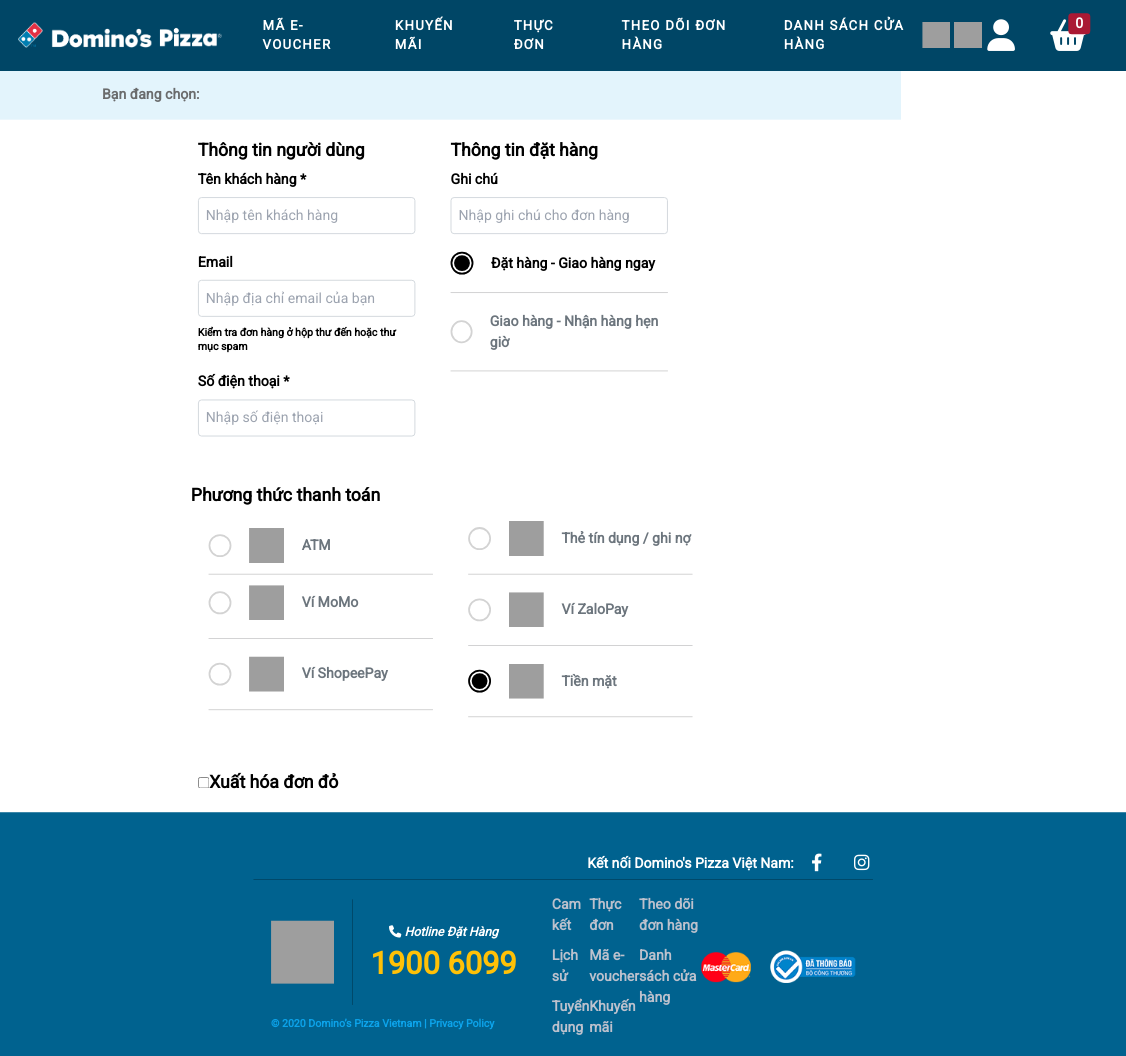
Repository: iphoneboy46/pizza-domino
Page: /thanhtoan
These files come from the project's save history. The page is drawn as it stood at one moment and after the next save; the edit follows.
The browser window is 1280 px wide. The pictures show the whole page, at 88% of full size.
Pictures or frames that could not be fetched are drawn as grey boxes. The page's requests for data from a server got no answer. Some web libraries are served in a nearby version. The project was rebuilt for these pictures with package versions that can differ from the ones it lists, and the page was loaded fresh each time. No one was signed in, and anything a server would have sent is missing. Also part of the build but not shown: src/components/Slides/Slides.css, src/components/Slides/Slides.js, src/components/SearchAddress/SearchAddress.css, src/components/SearchAddress/SearchAddress.js, src/components/page/Order/Order.js, src/components/page/Home/Home.css, src/components/page/Login/Login.css, src/components/page/InputField/InputField.js and 35 more.

Above is the page before, as saved 2023-03-01 13:38:54.

### public/index.html
<!DOCTYPE html>
<html lang="en">
  <head>
    <meta charset="utf-8" />
    <link rel="icon" href="%PUBLIC_URL%/favicon.ico" />
    <meta name="viewport" content="width=device-width, initial-scale=1" />
    <meta name="theme-color" content="#000000" />
    <meta
      name="description"
      content="Web site created using create-react-app"
    />
    <link rel="apple-touch-icon" href="%PUBLIC_URL%/logo192.png" />
    <link rel="stylesheet" href="https://cdnjs.cloudflare.com/ajax/libs/font-awesome/6.1.2/css/all.min.css" integrity="sha512-1sCRPdkRXhBV2PBLUdRb4tMg1w2YPf37qatUFeS7zlBy7jJI8Lf4VHwWfZZfpXtYSLy85pkm9GaYVYMfw5BC1A==" crossorigin="anonymous" referrerpolicy="no-referrer" />
    <!--
      manifest.json provides metadata used when your web app is installed on a
      user's mobile device or desktop. See https://developers.google.com/web/fundamentals/web-app-manifest/
    -->
    <link rel="manifest" href="%PUBLIC_URL%/manifest.json" />
    <!--
      Notice the use of %PUBLIC_URL% in the tags above.
      It will be replaced with the URL of the `public` folder during the build.
      Only files inside the `public` folder can be referenced from the HTML.

      Unlike "/favicon.ico" or "favicon.ico", "%PUBLIC_URL%/favicon.ico" will
      work correctly both with client-side routing and a non-root public URL.
      Learn how to configure a non-root public URL by running `npm run build`.
    -->
    <title>Pizza-Domino</title>
  </head>
  <body>
    <noscript>You need to enable JavaScript to run this app.</noscript>
    <div id="root"></div>
    <!--
      This HTML file is a template.
      If you open it directly in the browser, you will see an empty page.

      You can add webfonts, meta tags, or analytics to this file.
      The build step will place the bundled scripts into the <body> tag.

      To begin the development, run `npm start` or `yarn start`.
      To create a production bundle, use `npm run build` or `yarn build`.
    -->
  </body>
</html>

### src/index.js
import React from 'react';
import ReactDOM from 'react-dom/client';
import './index.css';
import App from './App';
import reportWebVitals from './reportWebVitals';
import Provider from '../src/components/Store/Provider';


const root = ReactDOM.createRoot(document.getElementById('root'));
root.render(
  <React.StrictMode>
    <Provider>
      <App />
    </Provider>
  </React.StrictMode>
);

// If you want to start measuring performance in your app, pass a function
// to log results (for example: reportWebVitals(console.log))
// or send to an analytics endpoint. Learn more: https://bit.ly/CRA-vitals
reportWebVitals();

### src/App.css
@import url('https://fonts.googleapis.com/css2?family=Roboto:wght@300;400&display=swap');

* {
  padding: 0;
  margin: 0;
  box-sizing: border-box;
  font-family: 'Roboto', sans-serif;

}

ul {
  list-style: none;
}

a {
  text-decoration: none;
}

/* width */
::-webkit-scrollbar {
  width: 8px;
  z-index: 1;
}

/* Track */
::-webkit-scrollbar-track {
  background: transparent;
  z-index: 1;
}

/* Handle */
::-webkit-scrollbar-thumb {

  background: #bcc1cb;
  border-radius: 4px;
  z-index: 1;
}



/* Handle on hover */
::-webkit-scrollbar-thumb:hover {
  background: #555;
  z-index: 1;
}

.modal {
  position: fixed;
  top: 0;
  left: 0;
  right: 0;
  bottom: 0;
  z-index: 999;
  width: 100%;
  height: 100vh;
  background-color: rgba(31, 31, 31, 0.595);
}

@media only screen and (max-width: 768px) {
  ::-webkit-scrollbar{
    width: 8px;
    height: 4px;
    z-index: 1;
  }

  ::-webkit-scrollbar-thumb {
    background: #bcc1cb;
    border-radius: 4px;
    z-index: 1;
  }

}

### src/routes/Routes.js
import Home from '../components/page/Home/Home';
import EVoucher from '../components/page/EVoucher/EVoucher';
import Khuyenmai from '../components/page/Khuyenmai/Khuyenmai';
import Thucdon from '../components/page/Thucdon/Thucdon';
import Donhang from '../components/page/Donhang/Donhang';
import Location from '../components/page/Location/Location';
import Pizza from '../components/page/Pizza/Pizza';
import Giohang from '../components/page/giohang/Giohang';
import Cuahang from '../components/page/Cuahang/Cuahang';
import Delivery from '../components/page/Delivery/Delivery';
import TakeAWay from '../components/page/TakeAWay/TakeAWay';
import ThanhToan from '../components/page/ThanhToan/ThanhToan';

const publicRoutes = [
    {path:'/', component:Home},
    {path:'/EVoucher', component:EVoucher},
    {path:'/Khuyenmai', component:Khuyenmai},
    {path:'/Thucdon', component:Thucdon},
    {path:'/Donhang', component:Donhang},
    {path:'/Cuahang', component:Cuahang},
    {path:'/Location', component:Location},
    {path:'/cart', component:Giohang},
    {path:'/delivery',component:Delivery},
    {path:'/away',component:TakeAWay},
    {path:'/thanhtoan',component:ThanhToan},
]


const privateRoute = []

export {publicRoutes}

### src/components/Store/Context.js
import {createContext} from 'react';

const Store = createContext();

export default Store;

### src/components/page/ThanhToan/ThanhToan.js
import React, { useContext, useState } from "react";
import Context from "../../Store/Context";
import { FastField, Formik } from "formik";
import * as Yup from "yup";
import InputField2 from "../InputField/InputField2";
import "./ThanhToan.css";
import Select from "react-select";
import { options } from "./Options";

function ThanhToan() {
  const { orderAddress } = useContext(Context);
  const [checked, setChecked] = useState(1);
  const [checkedPay, setCheckedPay] = useState(6);
  const [isChecked, setIsChecked] = useState(false);

  const initialValues = {
    email: "",
    password: "",
  };

  const validationSchema = Yup.object().shape({
    name: Yup.string().required("Vui lòng nhập tên khách hàng!"),
    phone: Yup.number().required("Vui lòng nhập số điện thoại!"),
  });

  const handleChecked = (id) => {
    setChecked(id);
    if (id === 2) {
      setIsChecked(true);
    } else {
      setIsChecked(false);
    }
  };

  const handleCheckedPay = (id) => {
    setCheckedPay(id);
  };

  return (
    <Formik initialValues={initialValues} validationSchema={validationSchema}>
      <div className="flex justify-between h-[auto] w-[100%]">
        <div className="pt-[80px] w-[80%] overflow-hidden">
          <div className="bg-[#e3f4fc] lg:flex md:flex hidden justify-between items-center">
            <div className="flex items-center  p-4 lg:ml-[100px] md:ml-100px text-[#6a6b6c] font-semibold">
              <h1 className="mr-5">Bạn đang chọn:</h1>
              <h1 className="mr-5 text-[#de1736]">
                {orderAddress.takeAway || orderAddress.deliver}
              </h1>
              <h1>{orderAddress.address}</h1>
            </div>
          </div>
          <div className="w-[60%] m-[auto] flex justify-between items-start p-5">
            <div className="flex-1 mr-10">
              <h1 className="font-bold text-xl mb-2">Thông tin người dùng</h1>
              <label className="font-bold block mb-2" htmlFor="name">
                Tên khách hàng *
              </label>
              <FastField
                name="name"
                component={InputField2}
                placeholder="Nhập tên khách hàng"
                type="text"
              />

              <label className="font-bold block mb-2" htmlFor="email">
                Email
              </label>
              <FastField
                name="email"
                component={InputField2}
                //prop truyen vao input field

                type="email"
                placeholder="Nhập địa chỉ email của bạn"
              />
              <span className="mt-[-10px] block text-xs font-bold mb-5">
                Kiểm tra đơn hàng ở hộp thư đến hoặc thư mục spam
              </span>

              <label className="font-bold block mb-2" htmlFor="email">
                Số điện thoại *
              </label>

              <FastField
                name="phone"
                component={InputField2}
                placeholder="Nhập số điện thoại"
              />
            </div>
            <div className="flex-1 mr-10">
              <h1 className="font-bold text-xl mb-2">Thông tin đặt hàng</h1>
              <label className="font-bold block mb-2" htmlFor="name">
                Ghi chú
              </label>
              <FastField
                name="ghichu"
                component={InputField2}
                placeholder="Nhập ghi chú cho đơn hàng"
                type="text"
              />
              <div>
                <div className="dat-thanh-toan flex items-center mb-5 border-b-[1px] border-[#CDCDCE] pb-5">
                  <input
                    className="input-thanh-toan"
                    id="dathang"
                    type="radio"
                    value="Đặt hàng - Giao hàng ngay"
                    checked={checked === 1}
                    onChange={() => {
                      handleChecked(1);
                    }}
                  />

                  <label for="dathang"></label>
                  <p
                    className={
                      checked === 1
                        ? "ml-5 text-[black] font-bold"
                        : "text-[#6c757d] ml-5 font-bold"
                    }
                  >
                    Đặt hàng - Giao hàng ngay
                  </p>
                </div>
                <div className="dat-thanh-toan flex items-center w-[100%] my-5 border-b-[1px] border-[#CDCDCE] pb-5">
                  <input
                    className="input-thanh-toan"
                    id="giaohang"
                    type="radio"
                    value="Giao hàng - Nhận hàng hẹn giờ"
                    checked={checked === 2}
                    onChange={() => {
                      handleChecked(2);
                    }}
                  />

                  <label for="giaohang"></label>
                  <p
                    className={
                      checked === 2
                        ? "ml-5 text-[black] font-bold"
                        : "text-[#6c757d] ml-5 font-bold"
                    }
                  >
                    Giao hàng - Nhận hàng hẹn giờ
                  </p>
                </div>
                {isChecked && (
                  <div className="w-[100%]">
                    <Select
                      placeholder="Chọn giờ nhận hàng"
                      options={options}
                    />
                  </div>
                )}
              </div>
            </div>
          </div>
          <div className="w-[60%] m-[auto] p-3">
            <h1 className="font-bold text-xl mb-2">Phương thức thanh toán</h1>
            <div className="w-[100%] flex justify-between items-center px-5 py-2">
              <div className="w-[100%] mr-5">
                <div className="dat-thanh-toan flex items-center w-[100%] mb-3 border-b-[1px] border-[#CDCDCE] pb-3">
                  <input
                    className="input-thanh-toan"
                    id="atm"
                    type="radio"
                    value="Đặt hàng - Giao hàng ngay"
                    checked={checkedPay === 1}
                    onChange={() => {
                      handleCheckedPay(1);
                    }}
                  />

                  <label for="atm"></label>
                  <p
                    className={
                      checkedPay === 1
                        ? "ml-5 text-[black] font-bold flex items-center"
                        : "text-[#6c757d] ml-5 font-bold flex items-center"
                    }
                  >
                    <img
                      className="w-[40px] h-[40px] mr-5"
                      src="https://img.dominos.vn/icon-payment-method-atm.png"
                      alt=""
                    />{" "}
                    ATM
                  </p>
                </div>
                <div className="dat-thanh-toan flex items-center w-[100%] mb-5 border-b-[1px] border-[#CDCDCE] pb-5">
                  <input
                    className="input-thanh-toan"
                    id="momo"
                    type="radio"
                    value="Đặt hàng - Giao hàng ngay"
                    checked={checkedPay === 2}
                    onChange={() => {
                      handleCheckedPay(2);
                    }}
                  />

                  <label for="momo"></label>
                  <p
                    className={
                      checkedPay === 2
                        ? "ml-5 text-[black] font-bold flex items-center"
                        : "text-[#6c757d] ml-5 font-bold flex items-center"
                    }
                  >
                    <img
                      className="w-[40px] h-[40px] mr-5"
                      src="https://img.dominos.vn/icon-payment-method-mo-mo.png"
                      alt=""
                    />{" "}
                    Ví MoMo
                  </p>
                </div>
                <div className="dat-thanh-toan flex items-center w-[100%] mb-5 border-b-[1px] border-[#CDCDCE] pb-5">
                  <input
                    className="input-thanh-toan"
                    id="shopee"
                    type="radio"
                    value="Đặt hàng - Giao hàng ngay"
                    checked={checkedPay === 3}
                    onChange={() => {
                      handleCheckedPay(3);
                    }}
                  />

                  <label for="shopee"></label>
                  <p
                    className={
                      checkedPay === 3
                        ? "ml-5 text-[black] font-bold flex items-center"
                        : "text-[#6c757d] ml-5 font-bold flex items-center"
                    }
                  >
                    <img
                      className="w-[40px] h-[40px] mr-5"
                      src="https://img.dominos.vn/shoppepay.png"
                      alt=""
                    />{" "}
                    Ví ShopeePay
                  </p>
                </div>
              </div>
              <div className="w-[100%] ml-5">
                <div className="dat-thanh-toan flex items-center w-[100%] mb-5 border-b-[1px] border-[#CDCDCE] pb-5">
                  <input
                    className="input-thanh-toan"
                    id="tindung"
                    type="radio"
                    value="Đặt hàng - Giao hàng ngay"
                    checked={checkedPay === 4}
                    onChange={() => {
                      handleCheckedPay(4);
                    }}
                  />

                  <label for="tindung"></label>
                  <p
                    className={
                      checkedPay === 4
                        ? "ml-5 text-[black] font-bold flex items-center"
                        : "text-[#6c757d] ml-5 font-bold flex items-center"
                    }
                  >
                    <img
                      className="w-[40px] h-[40px] mr-5"
                      src="https://img.dominos.vn/icon-payment-method-credit.png"
                      alt=""
                    />{" "}
                    Thẻ tín dụng / ghi nợ
                  </p>
                </div>
                <div className="dat-thanh-toan flex items-center w-[100%] mb-5 border-b-[1px] border-[#CDCDCE] pb-5">
                  <input
                    className="input-thanh-toan"
                    id="zalo"
                    type="radio"
                    value="Đặt hàng - Giao hàng ngay"
                    checked={checkedPay === 5}
                    onChange={() => {
                      handleCheckedPay(5);
                    }}
                  />

                  <label for="zalo"></label>
                  <p
                    className={
                      checkedPay === 5
                        ? "ml-5 text-[black] font-bold flex items-center"
                        : "text-[#6c757d] ml-5 font-bold flex items-center"
                    }
                  >
                    <img
                      className="w-[40px] h-[40px] mr-5"
                      src="https://img.dominos.vn/icon-payment-method-zalo-pay.png"
                      alt=""
                    />{" "}
                    Ví ZaloPay
                  </p>
                </div>
                <div className="dat-thanh-toan flex items-center w-[100%] mb-5 border-b-[1px] border-[#CDCDCE] pb-5">
                  <input
                    className="input-thanh-toan"
                    id="tienmat"
                    type="radio"
                    value="Đặt hàng - Giao hàng ngay"
                    checked={checkedPay === 6}
                    onChange={() => {
                      handleCheckedPay(6);
                    }}
                  />

                  <label for="tienmat"></label>
                  <p
                    className={
                      checked === 6
                        ? "ml-5 text-[black] font-bold flex items-center"
                        : "text-[#6c757d] ml-5 font-bold flex items-center"
                    }
                  >
                    <img
                      className="w-[40px] h-[40px] mr-5"
                      src="https://img.dominos.vn/cash.png"
                      alt=""
                    />{" "}
                    Tiền mặt
                  </p>
                </div>
              </div>
            </div>
          </div>
          <div className="w-[60%] m-[auto] p-5">
            <div className="flex items-center">
              <input type="checkbox" />{" "}
              <h1 className="text-xl font-bold">Xuất hóa đơn đỏ</h1>
            </div>
          </div>
        </div>

        <div className="w-[20%]"></div>
      </div>
    </Formik>
  );
}

export default ThanhToan;

### src/components/page/InputField/InputField2.js
import React from "react";

function InputField2(props) {
  const { field, form, type, label, placeholder, disabled } = props;

  const { name, value, onChange, onBlur } = field;
  const {errors,touched} = form;
  const showError = errors[name] && touched[name]
  return (
    <div className="flex flex-col mb-5">
      {label && (
        <label className="text-[#0F80B3] mb-2 font-bold" htmlFor={name}>
          {label}
        </label>
      )}
      <input
        className="email w-[100%]  border-[#CED4DA] border-[1px] px-2 py-2 rounded"
        type={type}
        onBlur={onBlur}
        onChange={onChange}
        placeholder={placeholder}
        name={name}
        id={name}
      />
    {showError && <p className="text-[red] font-bold text-sm">{errors[name]}</p>}
    </div>
  );
}

export default InputField2;

### src/components/page/ThanhToan/ThanhToan.css
.dat-thanh-toan > label{
    width: 26px;
    height: 26px;
    border: 2px solid lightgrey;
    border-radius: 50%;
    display: inline-block;
    position: relative;
}

.dat-thanh-toan > label:after {
    content: "";
    position: absolute;
    width: 18px;
    height: 18px;
    border-radius: 50%;
    top: 50%;
    left: 50%;
    transform: translate(-50%,-50%);
    background-color:black;
    display: none;
}

.dat-thanh-toan > label::before {
    content: "";
    width: 26px;
    height: 26px;
    border: 2px solid black;
    border-radius: 50%;
    display: inline-block;
    position: absolute;
    top: -2px;
    left: -2px;
    display: none;
}


/* .input-dat-hang{
    display: block !important;
} */

.input-thanh-toan:checked ~  label::after {
    display: block;
}



.input-thanh-toan:checked ~  label::before {
    display: block;
}

### src/components/page/SignIn/SignIn.css
.email:focus{
    border-color:#80bdff !important;
    border-style: solid;
    outline: none;
    box-shadow: 0px 0px 12px #80bdff;
}

.pass-word:focus{
    border-color:#80bdff !important;
    border-style: solid;
    outline: none;
    box-shadow: 0px 0px 12px #80bdff;
}

### src/components/page/Order/Order.css
input[type="radio"] {
    display: none;
}

.labelOd:before {
    width: 30px;
    height: 30px;
    border-radius: 50%;
    position: absolute;
    top: -4px;
    left: -35px;
    content: '';
    background: #fff;
    border: 1px solid lightgray;
}

input[type="radio"]:checked ~ .labelOd:after {
    width: 20px;
    height: 20px;
    border-radius: 50%;
    position: absolute;
    top: 1px;
    left: -30px;
    content: '';
    background:black;
}

input[type="radio"]:checked ~ .labelOd::before {
    width: 30px;
    height: 30px;
    border-radius: 50%;
    position: absolute;
    padding: 10px;
    top: -4px;
    left: -35px;
    content: '';
    border: 1px solid black;
}

### src/components/page/OrderEdit/OrderEdit.css
input[type="radio"] {
    display: none;
}

.labelOd:before {
    width: 30px;
    height: 30px;
    border-radius: 50%;
    position: absolute;
    top: -4px;
    left: -35px;
    content: '';
    background: #fff;
    border: 1px solid lightgray;
}

input[type="radio"]:checked ~ .labelOd:after {
    width: 20px;
    height: 20px;
    border-radius: 50%;
    position: absolute;
    top: 1px;
    left: -30px;
    content: '';
    background:black;
}

input[type="radio"]:checked ~ .labelOd::before {
    width: 30px;
    height: 30px;
    border-radius: 50%;
    position: absolute;
    padding: 10px;
    top: -4px;
    left: -35px;
    content: '';
    border: 1px solid black;
}

### tailwind.config.js
/** @type {import('tailwindcss').Config} */
module.exports = {
    content: [
        "./src/**/*.{js,jsx,ts,tsx}",
    ],
    theme: {
        extend: {

        },
        colors:{
            'wh' : 'rgba(255, 255, 255, 0.75)',
            'wh1' : 'rgba(255, 255, 255, 0.1)',
            'white' : '#fff',
            'yellowcustom': '#ffc107',
            'graycustom':'#bcc1cd',
            'shadowColor': 'rgb(0 42 61 / 16%)'
        }
    },
    plugins: [],
}

Loaded but not shown: src/index.css (common file); src/reportWebVitals.js (common file); src/components/Data/Data.js (1146 lines, source omitted); src/components/Header/Header.js (198 lines, source omitted); src/components/Store/Provider.js (185 lines, source omitted); src/components/Footer/Footer.js (105 lines, source omitted); src/components/page/ThanhToan/Options.js (271 lines, source omitted); src/App.js (95 lines, source omitted)

After the next save:
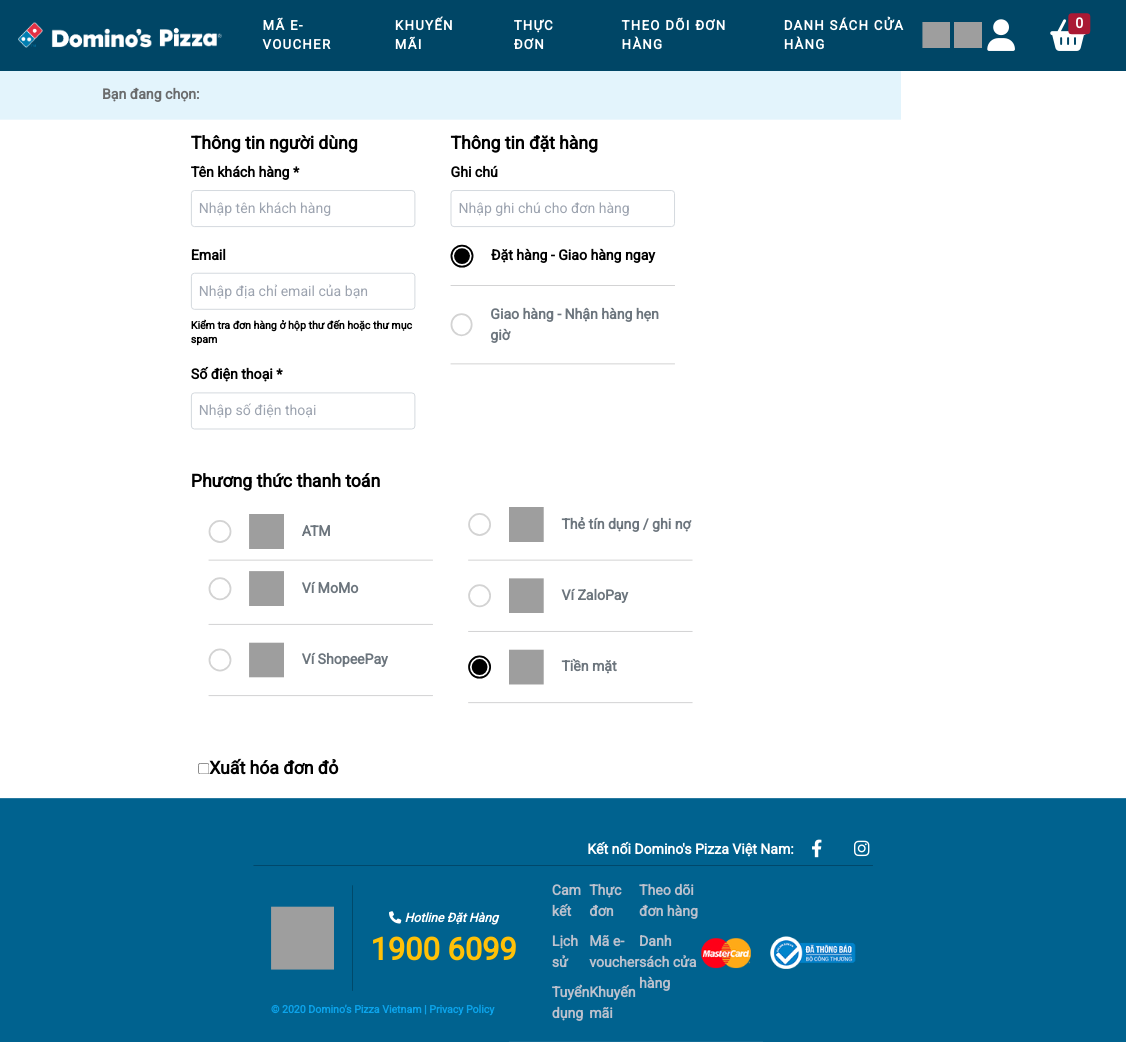
Saved 23 s later.
--- a/src/components/page/ThanhToan/ThanhToan.js
+++ b/src/components/page/ThanhToan/ThanhToan.js
@@ -49,7 +49,7 @@
               <h1>{orderAddress.address}</h1>
             </div>
           </div>
-          <div className="w-[60%] m-[auto] flex justify-between items-start p-5">
+          <div className="w-[60%] m-[auto] flex justify-between items-start p-3">
             <div className="flex-1 mr-10">
               <h1 className="font-bold text-xl mb-2">Thông tin người dùng</h1>
               <label className="font-bold block mb-2" htmlFor="name">
